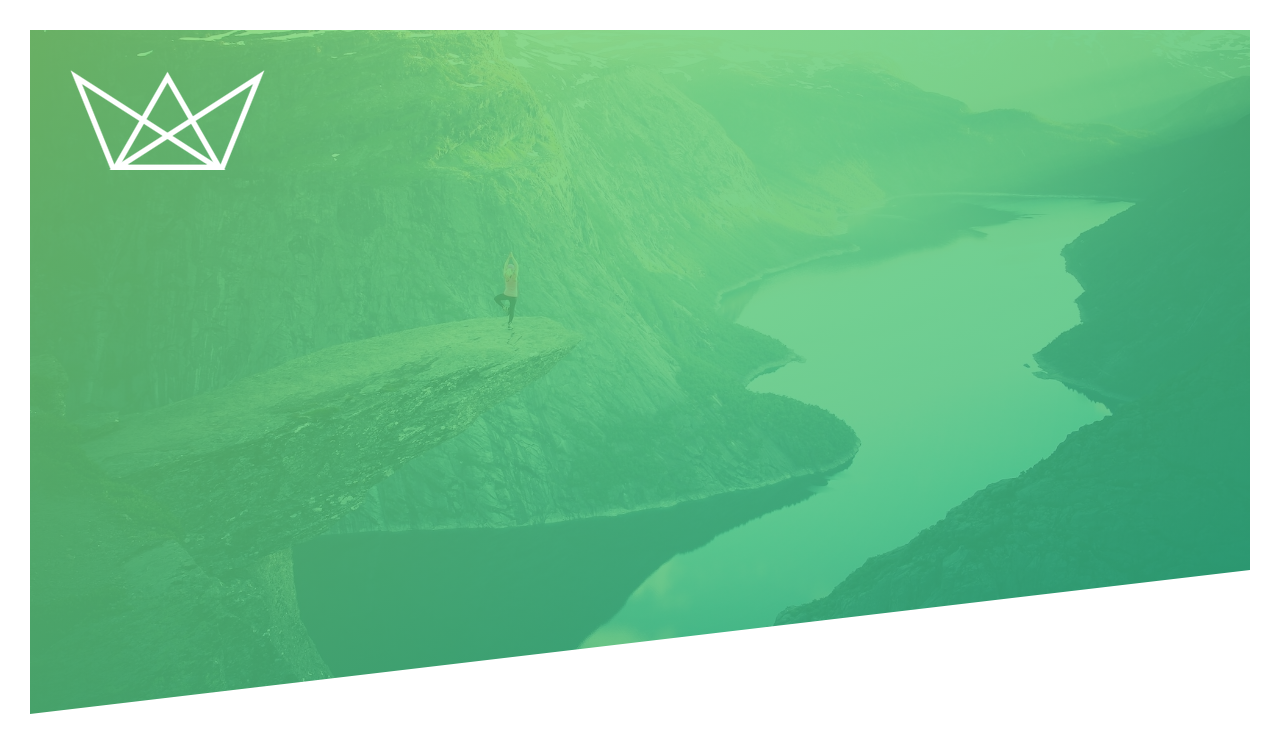
Repository: kamilluc/advanced-css-course
Page: Natours/my-implementation/index.html
An editor plug-in stored every save of this project. The page is shown before and after the next save, followed by the edit.
The browser window is 1280 px wide. The pictures show the whole page.

Above is the page before, as saved 2019-05-24 21:13:27.

### Natours/my-implementation/index.html
<!DOCTYPE html>
<html lang="en">
  <head>
    <meta charset="UTF-8" />
    <meta name="viewport" content="width=device-width, initial-scale=1.0" />

    <link
      href="https://fonts.googleapis.com/css?family=Lato:100,300,400,700,900"
      rel="stylesheet"
    />

    <link rel="stylesheet" href="css/icon-font.css" />
    <link rel="stylesheet" href="css/style.css" />
    <link rel="shortcut icon" type="image/png" href="img/favicon.png" />

    <title>Natours | Exciting tours for adventurous people</title>
  </head>
  <body>
    <!-- HEADER -->
    <header class="header">
      <div class="logo-box">
        <img src="img/logo-white.png" alt="logo" class="logo" />
      </div>
    </header>
  </body>
</html>

### Natours/my-implementation/css/style.css
/*
COLORS:

Light green: #7ed56f
Medium green: #55c57a
Dark green: #28b485

*/

/* BASIC RESET, NORMALIZE COULD BE USED BUT NOT REALLY NEEDED */
*,
::before,
::after {
  margin: 0;
  padding: 0;
  box-sizing: border-box;
}

/* FONTS SETTING HERE, NOT IN * CUZ THEY ARE INHERITED */
body {
  font-family: "Lato", sans-serif;
  font-weight: 400;
  font-size: 16px;
  line-height: 1.7;
  color: #777;
  padding: 30px;
}

.header {
  height: 95vh;
  background-image: linear-gradient(
      to right bottom,
      rgba(126, 213, 111, 0.8),
      rgba(40, 180, 131, 0.8)
    ),
    url("../img/hero.jpg");
  background-size: cover;
  background-position: top;
  clip-path: polygon(0 0, 100% 0, 100% 75vh, 0 100%);
  /* AA 4CHROME */
  -webkit-backface-visibility: hidden;
  position: relative;
}

.logo-box {
  position: absolute;
  top: 40px;
  left: 40px;
}

.logo {
}

Loaded but not shown: Natours/my-implementation/css/icon-font.css (no copy from this time; the picture is the same without it)

After the next save:
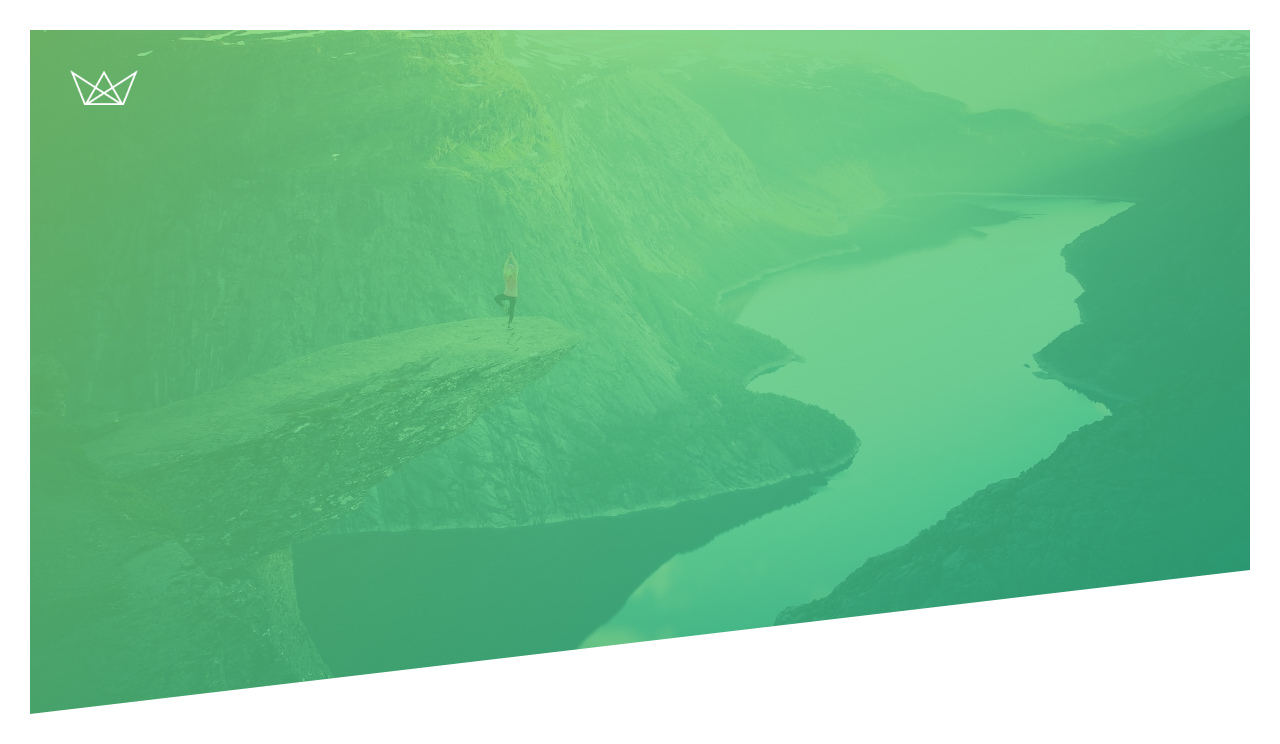
Saved 23 s later.
--- a/Natours/my-implementation/css/style.css
+++ b/Natours/my-implementation/css/style.css
@@ -49,4 +49,5 @@ body {
 }
 
 .logo {
+  height: 35px;
 }
